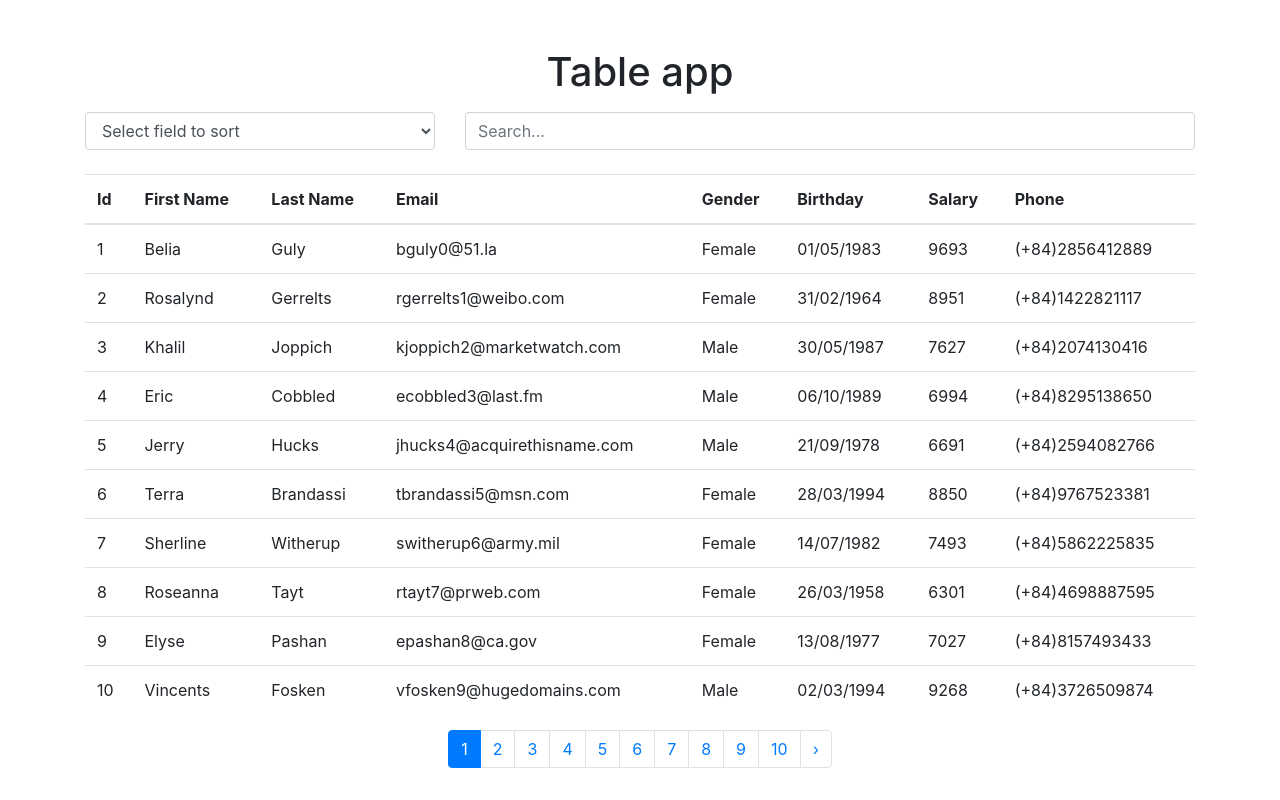
Repository: nguy3nds/table-app
Page: /
An editor plug-in stored every save of this project. The page is shown before and after the next save, followed by the edit.
The browser window is 1280 px wide. The pictures show the whole page.
The project was rebuilt for these pictures with package versions that can differ from the ones it lists, and the page was loaded fresh each time.

Above is the page before, as saved 2021-09-21 14:58:41.

### src/index.tsx
import React from 'react';
import ReactDOM from 'react-dom';
import './index.css';
import App from './App';
import reportWebVitals from './reportWebVitals';
import 'bootstrap/dist/css/bootstrap.min.css';

ReactDOM.render(
  <React.StrictMode>
    <App />
  </React.StrictMode>,
  document.getElementById('root')
);

// If you want to start measuring performance in your app, pass a function
// to log results (for example: reportWebVitals(console.log))
// or send to an analytics endpoint. Learn more: https://bit.ly/CRA-vitals
reportWebVitals();

### src/App.tsx
import "./App.css";
import Data from "./users.json";
import { Col, Container, Row, Table } from "react-bootstrap";
import { ChangeEvent, useEffect, useState } from "react";
import PaginateComponent from "./components/PaginateComponent";
import SelectionBox from "./components/SelectionBox";
import UserInOnePage from "./components/UserInOnePage";

export interface User {
  id: number;
  firstName: string;
  lastName: string;
  email: string;
  gender: string;
  birthday: string;
  salary: number;
  phone: string;
}

const App: React.FC = () => {
  const [users, setUsers] = useState<User[]>([]);
  const [data, setData] = useState<User[]>(Data);
  const [currentPage, setCurrentPage] = useState<number>(1);

  const USER_PER_PAGE = 10;

  useEffect(() => {
    const indexLastUser = currentPage * USER_PER_PAGE;
    const indexFirstUser = indexLastUser - USER_PER_PAGE;
    const currentUsers = data.slice(indexFirstUser, indexLastUser);

    setUsers(currentUsers);
  }, [currentPage, data]);

  const onSort = (e: React.ChangeEvent<HTMLInputElement>) => {
    let keyObj: keyof User = e.target.value as keyof User;
    let sortedUsers = users.sort((a: User, b: User) => {
      if (a[keyObj] < b[keyObj]) return -1;
      if (a[keyObj] > b[keyObj]) return 1;
      return 0;
    });
    setUsers([...sortedUsers]);
  };

  const onSelectedPage = (pageNum: number) => {
    setCurrentPage(pageNum);
  };

  const onPrev = () => {
    setCurrentPage(currentPage - 1);
  };

  const onNext = () => {
    setCurrentPage(currentPage + 1);
  };

  const onSearch = (e: ChangeEvent<HTMLInputElement>) => {
    let searchUsers = Data.filter((user: User) => {
      for (let prop in user) {
        if (
          user[prop as keyof User]
            .toString()
            .toLowerCase()
            .includes(e.target.value.toLowerCase())
        ) {
          return user;
        }
      }
      return false;
    });
    setData(searchUsers);
  };

  return (
    <div className="App">
      <Container>
        <h1 className="text-center mt-5">Table app</h1>
        <Table>
          <Row className="my-2">
            <Col md="4">
              <SelectionBox handleSelection={onSort} />
            </Col>
            <Col>
              <input
                className="form-control"
                type="text"
                placeholder="Search..."
                onChange={onSearch}
              />
            </Col>
          </Row>

          <UserInOnePage users={users} />

          {data.length !== 0 && (
            <Row className="justify-content-center">
              <PaginateComponent
                pageNumber={Math.ceil(data.length / USER_PER_PAGE)}
                currentPage={currentPage}
                onSelectPage={onSelectedPage}
                handlePrev={onPrev}
                handleNext={onNext}
              />
            </Row>
          )}

          {data.length === 0 && (
            <Row className="justify-content-center">
              <p>Couldn't find anything for these key words</p>
            </Row>
          )}
        </Table>
      </Container>
    </div>
  );
};

export default App;

### src/components/PaginateComponent.tsx
import { Pagination } from 'react-bootstrap';

function PaginateComponent({ pageNumber, currentPage, onSelectPage, handlePrev, handleNext }: any) {
    let items = [];
    for (let number = 1; number <= pageNumber; number++) {
        items.push(
            <Pagination.Item key={number} active={number === currentPage} onClick={() => onSelectPage(number)}>
                {number}
            </Pagination.Item>,
        );
    }
    return (
        <div>
            <Pagination>
                {currentPage !== 1 && <Pagination.Prev onClick={handlePrev} />}
                {items}
                {currentPage !== pageNumber && <Pagination.Next onClick={handleNext}/>}
            </Pagination>
        </div>
    );
}

export default PaginateComponent;

### src/components/SelectionBox.tsx
import Form from "react-bootstrap/Form";
import React from "react";

// // Type '{ handleSelection: (e: ChangeEvent<HTMLInputElement>) => void; }' is not assignable to type 'IntrinsicAttributes & Event & { children?: ReactNode; }'.
//   Property 'handleSelection' does not exist on type 'IntrinsicAttributes & Event & { children?: ReactNode; }'.

const SelectionBox: React.FC<any> = ({ handleSelection }) => {
  return (
    <Form>
      <Form.Group>
        <Form.Control as="select" onChange={handleSelection}>
          <option>Select field to sort</option>
          <option value={"id"}>Id</option>
          <option value={"firstName"}>First Name</option>
          <option value={"lastName"}>Last Name</option>
          <option value={"email"}>Email</option>
          <option value={"gender"}>Gender</option>
          <option value={"birthday"}>Birthday</option>
          <option value={"salary"}>Salary</option>
          <option value={"phone"}>Phone</option>
        </Form.Control>
      </Form.Group>
    </Form>
  );
};

export default SelectionBox;

### src/components/UserInOnePage.tsx
import React from "react";
import Col from "react-bootstrap/esm/Col";
import Row from "react-bootstrap/esm/Row";
import TableData from "./TableData";

const UserInOnePage = (props: any) => {
  const formatDate = (date: string): string => {
    let d = new Date(date);
    let day =
      d.getDate().toString().length === 2
        ? d.getDate().toString()
        : "0" + d.getDate().toString();
    let month =
      d.getMonth().toString().length === 2
        ? d.getMonth().toString()
        : "0" + d.getMonth().toString();
    return day + "/" + month + "/" + d.getFullYear().toString();
  };

  const content = props.users.map((user: any) => (
    <tr key={user.id}>
      <td>{user.id}</td>
      <td>{user.firstName}</td>
      <td>{user.lastName}</td>
      <td>{user.email}</td>
      <td>{user.gender}</td>
      <td>{formatDate(user.birthday)}</td>
      <td>{user.salary}</td>
      <td>{"(+84)" + user.phone.replace(/-/g, "")}</td>
    </tr>
  ));

  return (
    <div>
      {props.users.length !== 0 && (
        <Row>
          <Col>
            <TableData content={content} />
          </Col>
        </Row>
      )}
    </div>
  );
};

export default UserInOnePage;

### src/components/TableData.tsx
import React from "react";
import Table from "react-bootstrap/Table";

const TableData: React.FC<any> = ({ content }) => {
  return (
    <Table>
      <thead>
        <tr>
          <th>Id</th>
          <th>First Name</th>
          <th>Last Name</th>
          <th>Email</th>
          <th>Gender</th>
          <th>Birthday</th>
          <th>Salary</th>
          <th>Phone</th>
        </tr>
      </thead>
      <tbody>{content}</tbody>
    </Table>
  );
};

export default TableData;

Loaded but not shown: public/index.html (common file); src/index.css (common file); src/reportWebVitals.ts (common file); src/users.json (1002 lines, source omitted); src/App.css (no stored copy; drawn as an empty file)

After the next save:
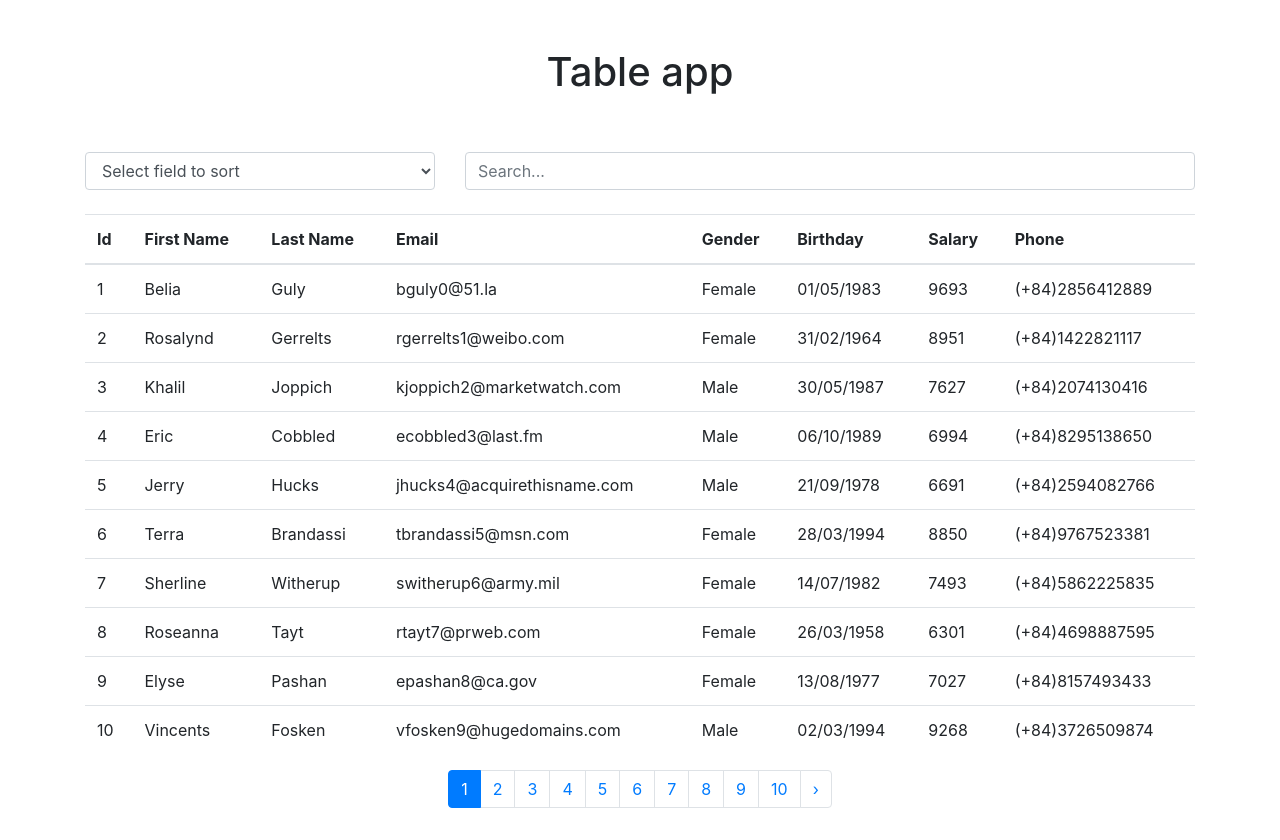
Saved 5 s later.
--- a/src/App.tsx
+++ b/src/App.tsx
@@ -74,7 +74,7 @@ const App: React.FC = () => {
   return (
     <div className="App">
       <Container>
-        <h1 className="text-center mt-5">Table app</h1>
+        <h1 className="text-center m-5">Table app</h1>
         <Table>
           <Row className="my-2">
             <Col md="4">
